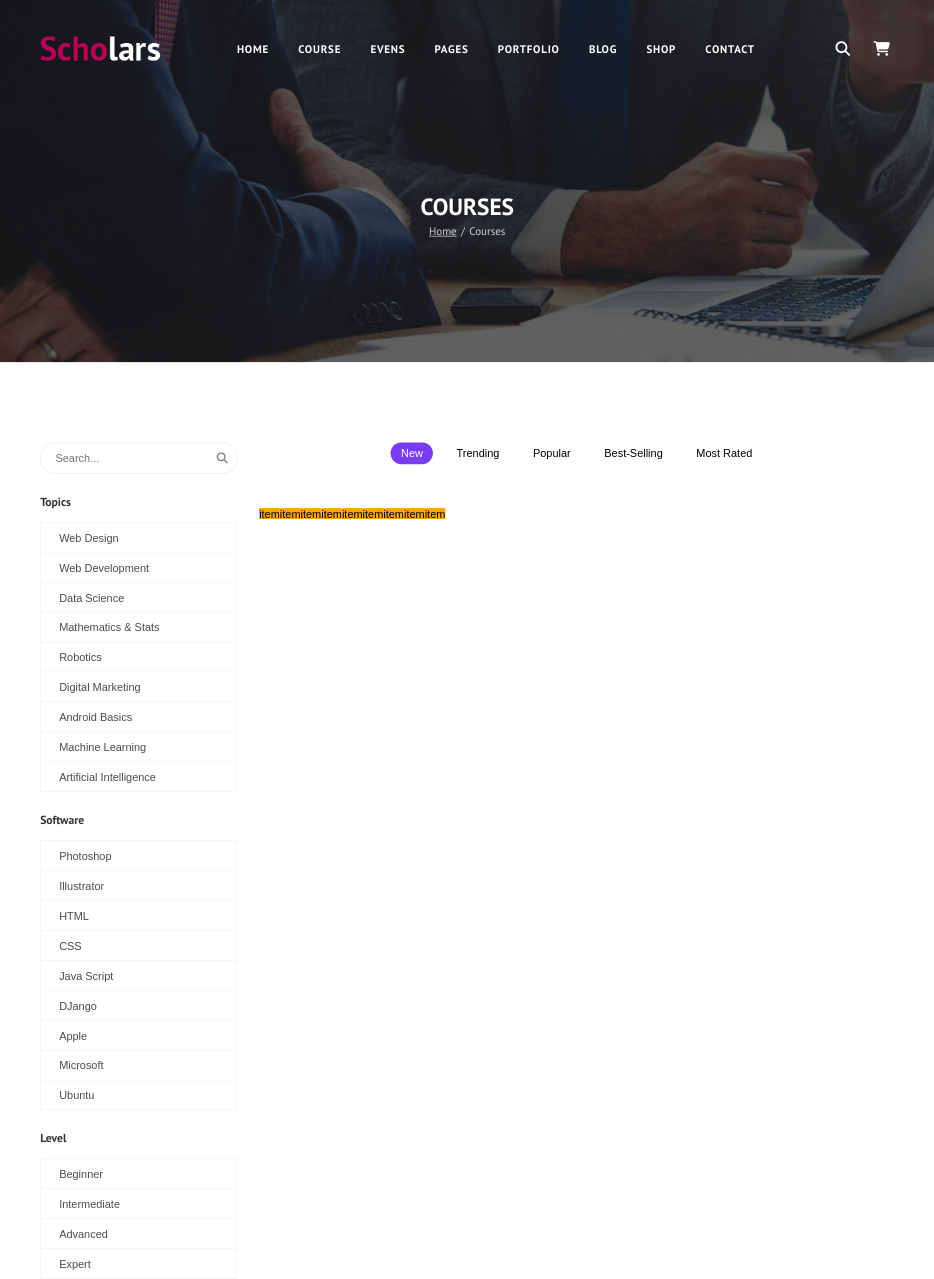
Repository: lannguyen1301/f8-zoom-day-7
Page: index.html
An editor plug-in stored every save of this project. The page is shown before and after the next save, followed by the edit.
The browser window is 1280 px wide. The pictures show the whole page, at 73% of full size.
Some web fonts or font styles are not loaded; a fallback is used.

Above is the page before, as saved 2025-04-24 23:52:40.

After the next save:
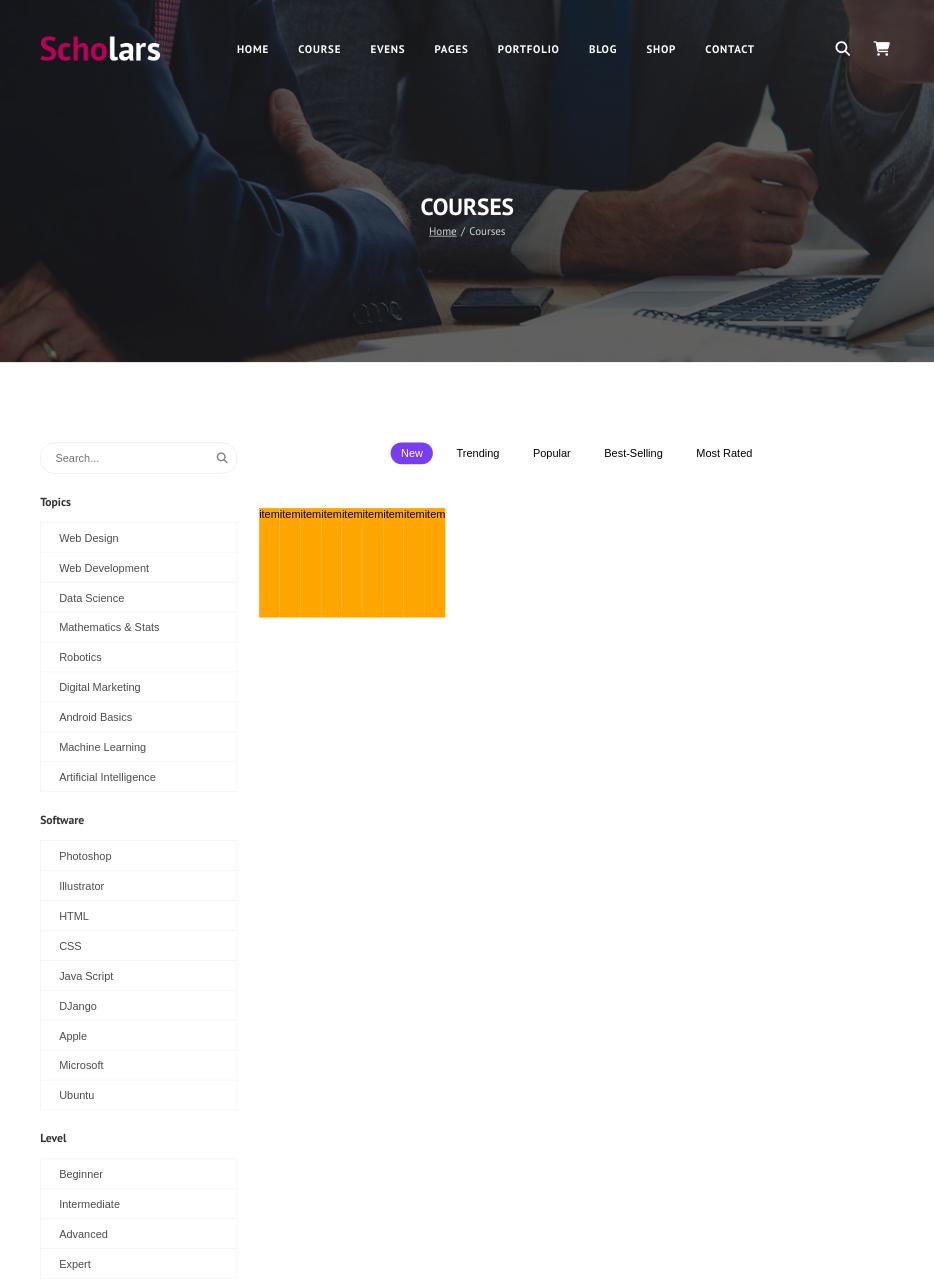
Saved 15 s later.
--- a/assets/css/style.css
+++ b/assets/css/style.css
@@ -248,5 +248,6 @@ ul.menu li + li {
 }
 
 .courses-item {
+    min-height: 150px;
     background: orange;
 }
